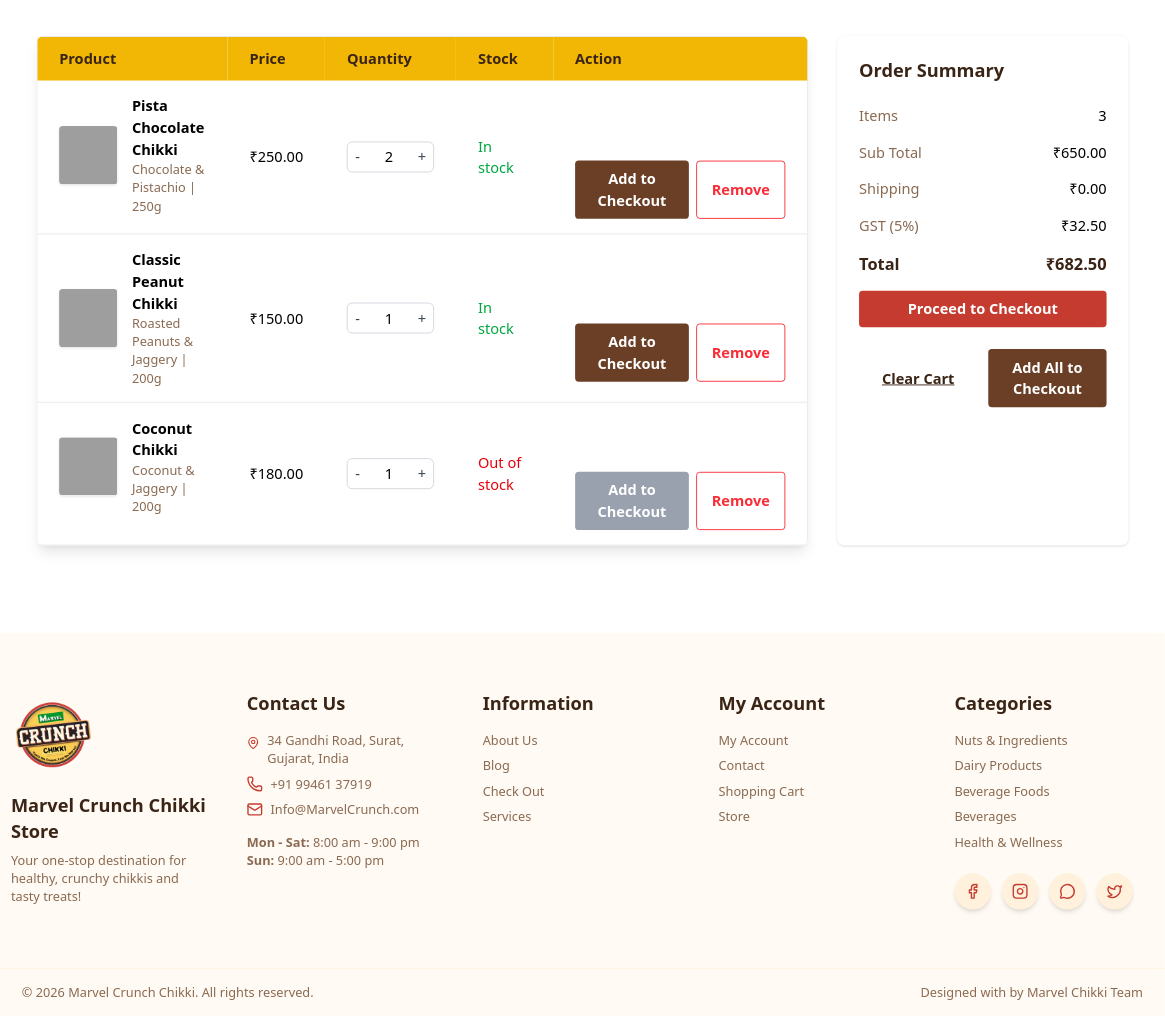
Repository: sita7411/sweet-website-frontend
Page: /cart (app in customer-website/)
An editor plug-in stored every save of this project. The page is shown before and after the next save, followed by the edit.
The browser window is 1280 px wide. The pictures show the part of the page from y = 494 to 1611 px (the page is 1611 px tall), at 91% of full size.
Pictures or frames that could not be fetched are drawn as grey boxes. The project was rebuilt for these pictures with package versions that can differ from the ones it lists, and the page was loaded fresh each time. Also part of the build but not shown: customer-website/vite.config.js, customer-website/src/components/Herosection/Herosection.jsx, customer-website/src/components/FeaturesSection/FeaturesSection.jsx, customer-website/src/components/PopularItems/PopularItems.jsx, customer-website/src/components/AboutUs/AboutUs.jsx, customer-website/src/components/BestsellerSection/BestsellerSection.jsx, customer-website/src/components/OfferSection/OfferSection.jsx, customer-website/src/components/TestimonialsSection/TestimonialsSection.jsx and 6 more.

Above is the page before, as saved 2026-01-02 10:49:00.

After the next save:
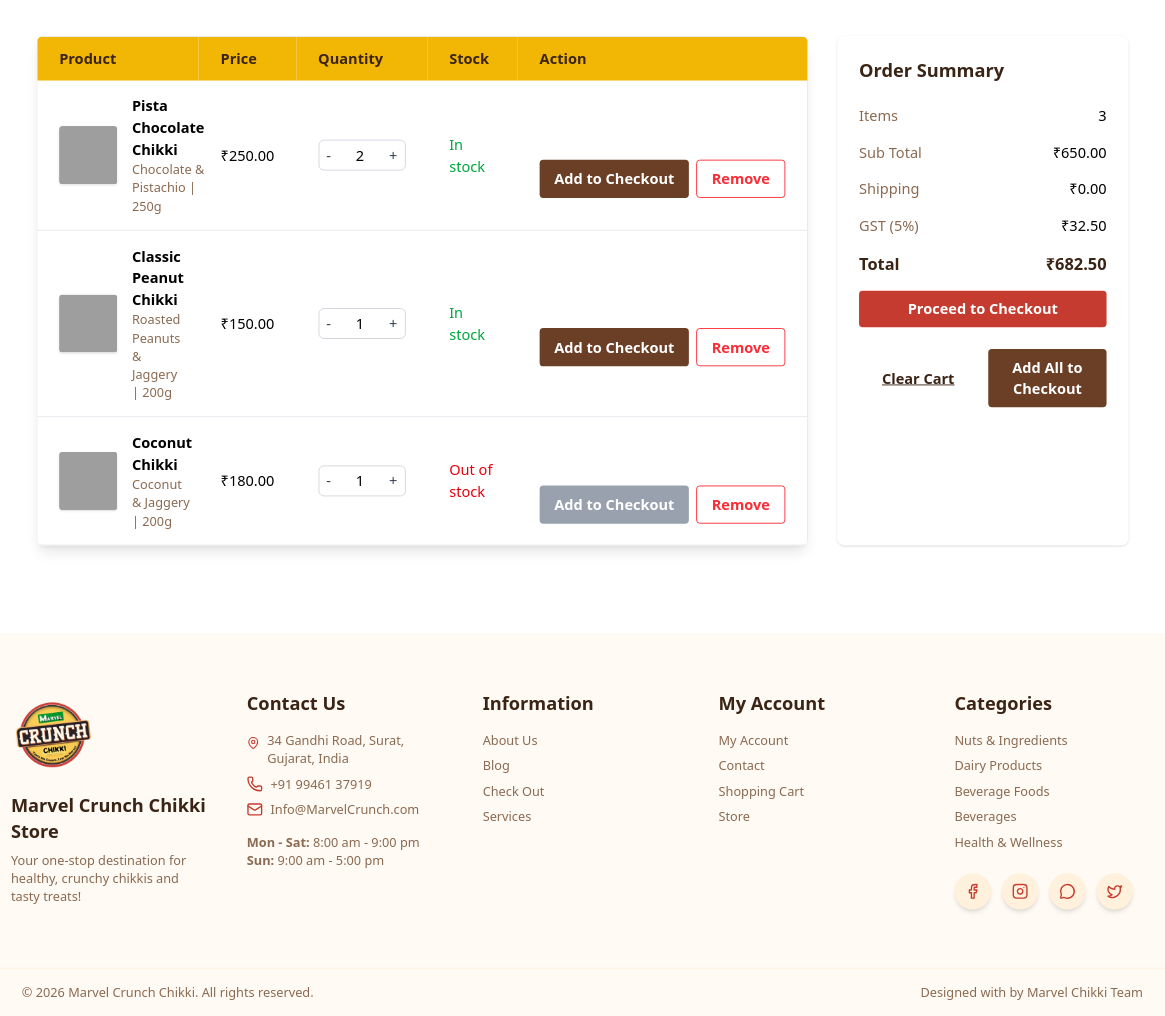
Saved 7 s later.
--- a/customer-website/src/pages/CartPage.jsx
+++ b/customer-website/src/pages/CartPage.jsx
@@ -307,7 +307,7 @@
                         </td>
                         <td className="py-4 px-6 flex gap-2">
                           <button
-                            className={`px-4 py-2 rounded text-white  font-semibold transition ${
+                            className={`px-4 py-2 rounded text-white whitespace-nowrap font-semibold transition ${
                               item.stock === 'In stock'
                                 ? 'bg-[var(--secondary)] hover:bg-[var(--primary)]'
                                 : 'bg-gray-400 cursor-not-allowed'

After the save that followed:
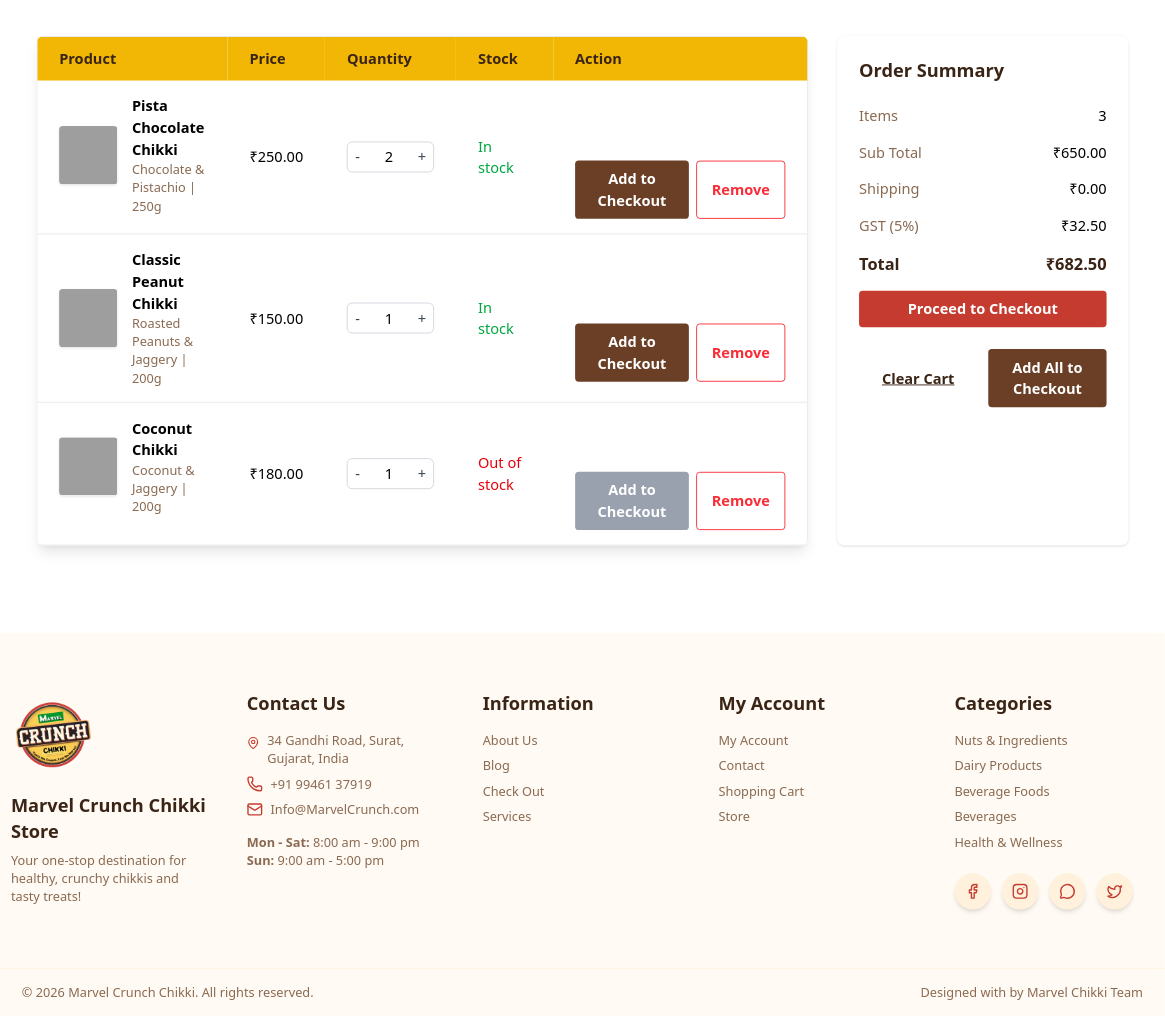
Saved 45 s later.
--- a/customer-website/src/pages/CartPage.jsx
+++ b/customer-website/src/pages/CartPage.jsx
@@ -307,7 +307,7 @@
                         </td>
                         <td className="py-4 px-6 flex gap-2">
                           <button
-                            className={`px-4 py-2 rounded text-white whitespace-nowrap font-semibold transition ${
+                            className={`px-4 py-2 rounded text-white  font-semibold transition ${
                               item.stock === 'In stock'
                                 ? 'bg-[var(--secondary)] hover:bg-[var(--primary)]'
                                 : 'bg-gray-400 cursor-not-allowed'
